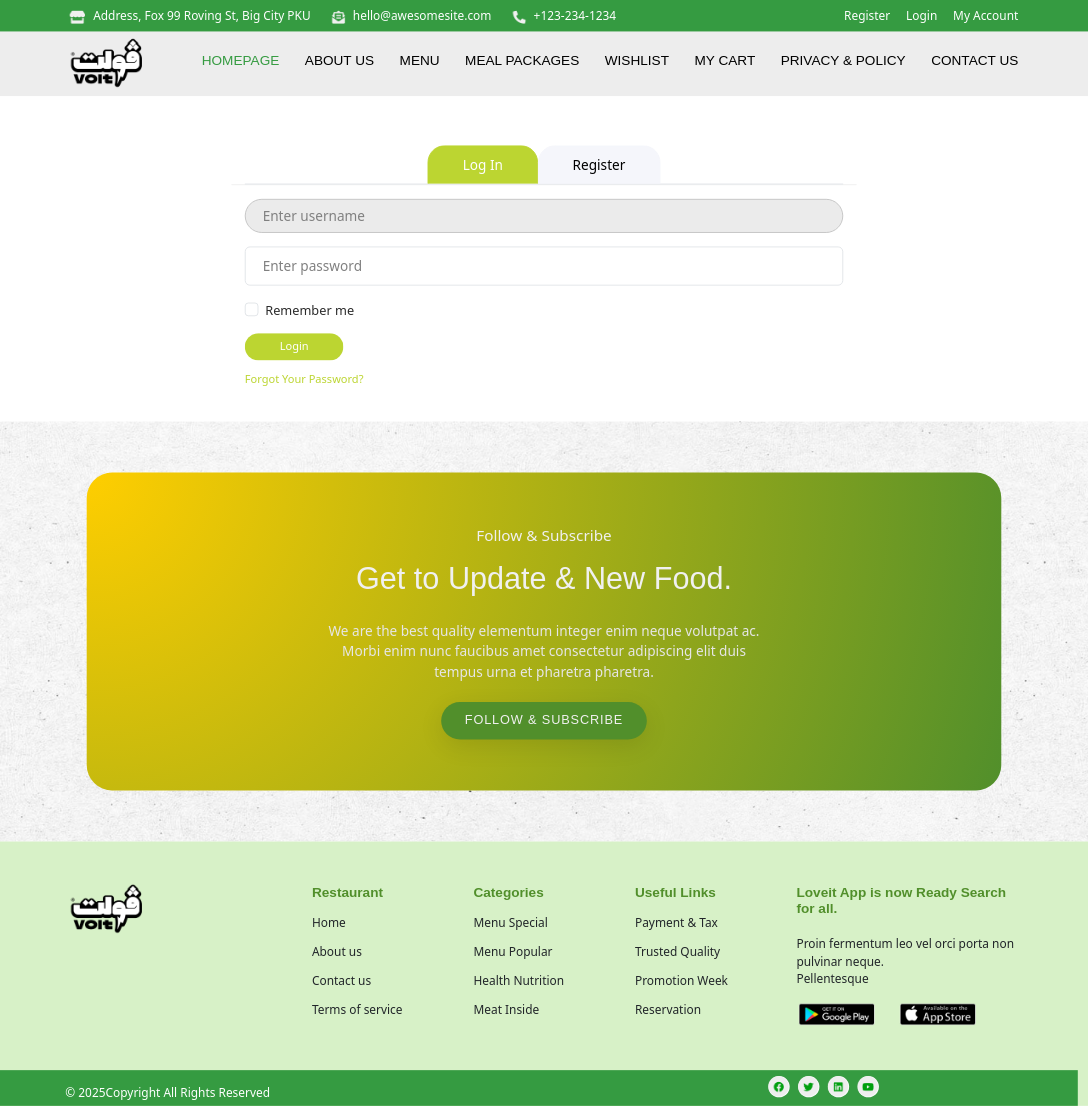
Repository: junivig/volt-new-project
Page: auth.html
The author's editor kept a copy of each file at every save. The page is drawn from the files as they stood at one save, then again after the next save.
The browser window is 1280 px wide. The pictures show the whole page, at 85% of full size.

Above is the page before, as saved 2025-02-07 16:19:51.

### auth.html
<!DOCTYPE html>
<html lang="en">
<head>
    <meta charset="UTF-8">
    <meta name="viewport" content="width=device-width, initial-scale=1.0">
    <title>Login & Signup</title>
 <!-- Favicons -->
 <link href="assets/img/favicon.png" rel="icon">
 <link href="assets/img/apple-touch-icon.png" rel="apple-touch-icon">

 <!-- Fonts -->
 <link href="https://fonts.googleapis.com" rel="preconnect">
 <link href="https://fonts.gstatic.com" rel="preconnect" crossorigin>
 <link href="https://fonts.googleapis.com/css2?family=Roboto:ital,wght@0,100;0,300;0,400;0,500;0,700;0,900;1,100;1,300;1,400;1,500;1,700;1,900&family=Raleway:ital,wght@0,100;0,200;0,300;0,400;0,500;0,600;0,700;0,800;0,900;1,100;1,200;1,300;1,400;1,500;1,600;1,700;1,800;1,900&family=Ubuntu:ital,wght@0,300;0,400;0,500;0,700;1,300;1,400;1,500;1,700&display=swap" rel="stylesheet">

 <!-- Vendor CSS Files -->
 <link href="assets/vendor/bootstrap/css/bootstrap.min.css" rel="stylesheet">
 <link href="assets/vendor/bootstrap-icons/bootstrap-icons.css" rel="stylesheet">
 <link href="assets/vendor/aos/aos.css" rel="stylesheet">
 <link href="assets/vendor/glightbox/css/glightbox.min.css" rel="stylesheet">
 <link href="assets/vendor/swiper/swiper-bundle.min.css" rel="stylesheet">

  <!-- Main CSS File -->
  <link href="assets/css/main.css" rel="stylesheet">
    <link href="https://cdn.jsdelivr.net/npm/bootstrap@5.3.0/dist/css/bootstrap.min.css" rel="stylesheet">
    <style>
        .nav-tabs {
            display: flex;
            justify-content: center;
            border-bottom: 1px solid #dee2e6;
            margin-bottom: 0;
            overflow: hidden;
        }
        .nav-tabs .nav-item {
            margin: 0;
        }
        .nav-tabs .nav-link {
            background-color: #F5F6FB !important;
            color: black !important;
            border-color: #F5F6FB !important;
            padding: 10px 40px;
            border-top-left-radius: 20px;
            border-top-right-radius: 20px;
        }
        .nav-tabs .nav-link.active {
            background-color: #BCD531 !important;
            color: white !important;
            border-color: #BCD531 !important;
        }
        .btn-light-green {
            background-color: #BCD531 !important;
            color: white !important;
            font-size: small;
            padding: 5px 40px;
            border-radius: 40px;
        }
        .forgot-password {
            color: #BCD531;
            font-size: small;
        }
        .card {
            border: none;
            border-top-left-radius: 20px;
            border-top-right-radius: 20px;
        }
        .card-header {
            background-color: transparent;
            padding-bottom: 0;
            padding-top: 10px;
        }
        .form-control {
            padding: 10px 20px;
            color: grey !important;
        }
        .form-control::placeholder {
            color: grey !important;
        }
        .privacy-text {
            color: black;
            font-size: small;
            margin-bottom: 10px;
        }
        .privacy-text a {
            color: #BCD531;
        }
    </style>
</head>
<body >
    <header id="header" class="header ">
        <div class="container-fluid  top-header">
          <div class="container-xl">
              <div class="row align-items-center">
                  <div class="col-md-8 d-flex align-items-center">
                    <nav id="navmenu" class="navmenu">
                      <ul>
                    <li class="">
                      <img src="assets/img/location-icon.png" alt="Location Icon" class="icon-right">
                      <span class="top-header-text">Address, Fox 99 Roving St, Big City PKU</span>
                  </li>
                    <li class="">
                      <img src="assets/img/email-icon.png" alt="Email Icon" class="icon-right">
                      <span class="top-header-text">hello@awesomesite.com</span>
                  </li>
                  <li class="">
                    <img src="assets/img/phone-icon.png" alt="Phone Icon" class="icon-right">
                    <span class="top-header-text">+123-234-1234</span>
                </li>
                      </ul>
                    </nav>
                  </div>
                  <div class="col-md-4 text-end">
                      <a href="auth.html" >Register</a>
                      <a href="auth.html">Login</a>
                      <a href="my-account.html">My Account</a>
                  </div>
              </div>
            </div>
      </div>
        <div class="container-fluid container-xl position-relative d-flex align-items-center">

          <a href="index.html" class="logo d-flex align-items-center me-auto">

            <img src="assets/img/logo.png" alt="Logo Image">
          </a>

          <nav id="navmenu" class="navmenu">
            <ul>
              <li><a href="index.html" class="active">HOMEPAGE</a></li>
              <li><a href="about.html">ABOUT US</a></li>
              <li><a href="menu.html">MENU</a></li>
              <li><a href="meal-packages.html">MEAL PACKAGES</a></li>
              <li><a href="wishlist.html">WISHLIST</a></li>
              <li><a href="cart.html">MY CART</a></li>
              <li><a href="privacy-and-policy.html">PRIVACY & POLICY</a></li>
              <li><a href="contact.html">CONTACT US</a></li>
              <!-- <li class="dropdown"><a href="#"><span>Dropdown</span> <i class="bi bi-chevron-down toggle-dropdown"></i></a>
                <ul>
                  <li><a href="#">Dropdown 1</a></li>
                  <li class="dropdown"><a href="#"><span>Deep Dropdown</span> <i class="bi bi-chevron-down toggle-dropdown"></i></a>
                    <ul>
                      <li><a href="#">Deep Dropdown 1</a></li>
                      <li><a href="#">Deep Dropdown 2</a></li>
                      <li><a href="#">Deep Dropdown 3</a></li>
                      <li><a href="#">Deep Dropdown 4</a></li>
                      <li><a href="#">Deep Dropdown 5</a></li>
                    </ul>
                  </li>
                  <li><a href="#">Dropdown 2</a></li>
                  <li><a href="#">Dropdown 3</a></li>
                  <li><a href="#">Dropdown 4</a></li>
                </ul>
              </li> -->
            </ul>
            <i class="mobile-nav-toggle d-xl-none bi bi-list"></i>
          </nav>

          <!-- <a class="btn-getstarted" href="index.html#about">Get Started</a> -->

        </div>
      </header>

    <div class="container">
        <div class="row justify-content-center mt-5 mb-4">
            <div class="col-md-8">
                <div class="card">
                    <div class="card-header text-center">
                        <ul class="nav nav-tabs" id="authTabs">
                            <li class="nav-item">
                                <a class="nav-link active" id="login-tab" data-bs-toggle="tab" href="#login">Log In</a>
                            </li>
                            <li class="nav-item">
                                <a class="nav-link" id="register-tab" data-bs-toggle="tab" href="#register">Register</a>
                            </li>
                        </ul>
                    </div>
                    <div class="card-body tab-content">
                        <div class="tab-pane fade show active" id="login">
                            <form>
                                <div class="mb-3">
                                    <input type="text" class="form-control" id="login-username" placeholder="Enter username">
                                </div>
                                <div class="mb-3">
                                    <input type="password" class="form-control" id="login-password" placeholder="Enter password">
                                </div>
                                <div class="mb-3 form-check">
                                    <input type="checkbox" class="form-check-input" id="remember-me">
                                    <label class="form-check-label" for="remember-me">Remember me</label>
                                </div>
                                <button type="submit" class="btn btn-light-green">Login</button>
                                <div class="mt-2">
                                    <a href="forgot-password.html" class="forgot-password">Forgot Your Password?</a>
                                </div>
                            </form>
                        </div>
                        <div class="tab-pane fade" id="register">
                            <form>
                                <div class="mb-3">
                                    <input type="text" class="form-control" id="register-username" placeholder="Enter username">
                                </div>
                                <div class="mb-3">
                                    <input type="email" class="form-control" id="register-email" placeholder="Enter email">
                                </div>
                                <div class="mb-3">
                                    <input type="password" class="form-control" id="register-password" placeholder="Enter password">
                                </div>
                                <p class="privacy-text">Your personal data will be used to support your
                                  experience throughout this website, to manage access to your account,
                                  and for other purposes described in our <br/> <a href="#">Privacy Policy</a>.</p>
                                <button type="submit" class="btn btn-light-green">Register</button>
                            </form>
                        </div>
                    </div>
                </div>
            </div>
        </div>
    </div>

       <!-- /Subscribe Footer Section -->
  <!-- Footer will be loaded here -->
  <div id="footer-placeholder"></div>

  <script>
    // Load footer.html into the placeholder div
    fetch("footer.html")
        .then(response => response.text())
        .then(data => {
            document.getElementById("footer-placeholder").innerHTML = data;
        })
        .catch(error => console.error("Error loading footer:", error));
</script>

    <script src="https://cdn.jsdelivr.net/npm/bootstrap@5.3.0/dist/js/bootstrap.bundle.min.js"></script>
</body>
</html>

### footer.html

<!-- Subscribe Footer Section -->
<section class="bg-image">
    <div class="footer-newsletter">
      <div class="container">
        <div class="row justify-content-center text-center">
          <div class="col-lg-6">
            <p class="footer-newsletter-sub-heading">Follow & Subscribe</p>
            <h4 class="footer-newsletter-heading">Get to Update & New Food.</h4>
            <p class="footer-newsletter-text">We are the best quality elementum integer enim neque volutpat ac. Morbi enim nunc
              faucibus amet consectetur adipiscing elit duis tempus urna et pharetra pharetra.</p>
            <div class="mt-4">
              <a href="#about" class="subscribe-button">FOLLOW & SUBSCRIBE</a>
            </div>
          </div>
        </div>
      </div>
    </div>
  </section>


  <footer id="footer" class="footer">
    <div class="container footer-top">
      <div class="row gy-4">
        <div class="col-lg-3 col-md-6 footer-about">
          <a href="index.html" class="logo d-flex align-items-center me-auto">
            <img src="assets/img/logo.png" alt="Logo Image">
          </a>

        </div>

        <div class="col-lg-2 col-md-3 footer-links">
          <h4 class="footer-pages-heading">Restaurant</h4>
          <ul>
            <li> <a href="#">Home</a></li>
            <li> <a href="about.html">About us</a></li>
            <li> <a href="contact.html">Contact us</a></li>
            <li> <a href="privacy-and-policy.html">Terms of service</a></li>
          </ul>
        </div>

        <div class="col-lg-2 col-md-3 footer-links">
          <h4 class="footer-pages-heading">Categories</h4>
          <ul>
            <li> <a href="#">Menu Special</a></li>
            <li> <a href="#">Menu Popular</a></li>
            <li> <a href="#">Health Nutrition</a></li>
            <li> <a href="#">Meat Inside</a></li>
          </ul>
        </div>
        <div class="col-lg-2 col-md-3 footer-links">
          <h4 class="footer-pages-heading">Useful Links</h4>
          <ul>
            <li> <a href="#">Payment & Tax</a></li>
            <li> <a href="#">Trusted Quality</a></li>
            <li> <a href="#">Promotion Week</a></li>
            <li> <a href="#">Reservation</a></li>
          </ul>
        </div>

        <div class="col-lg-3 col-md-12">
          <h4 class="footer-pages-heading">Loveit App is now Ready Search for all.</h4>
          <p>Proin fermentum leo vel orci porta non pulvinar neque. <br> Pellentesque</p>
          <div class="row">
            <div class="col-lg-5 col-md-6 col-sm-12">
              <img src="assets/img/android.png" alt="Google Play Image" class="mobile-app-image">
           </div>
           <div class="col-lg-5 col-md-6 col-sm-12">
            <img src="assets/img/apple.png" alt="Apple Store Image" class="mobile-app-image">
         </div>
        </div>

      </div>
    </div>
    </div>
    <div class="row copyright mt-4">
      <div class="row">
      <div class="col-lg-6 col-md-12 col-sm-12">
        <p class="mt-2">© 2025<span>Copyright All Rights Reserved</span></p>
      </div>
      <div class="col-lg-3 col-md-12 col-md-12">
      </div>
      <div class="col-lg-3 col-md-12 col-md-12 social-media-icons">
        <div class="social-links d-flex text-end">
          <a href=""><img src="assets/img/facebook.png" alt="Logo Image"></a>
          <a href=""><img src="assets/img/twitter.png" alt="Logo Image"></a>
          <a href=""><img src="assets/img/linkedin.png" alt="Logo Image"></i></a>
          <a href=""><img src="assets/img/youtube.png" alt="Logo Image"></i></a>
        </div>
      </div>
      </div>
    </div>
  </footer>

Loaded but not shown: assets/vendor/bootstrap/css/bootstrap.min.css (library); assets/vendor/bootstrap-icons/bootstrap-icons.css (library); assets/vendor/aos/aos.css (library); assets/vendor/glightbox/css/glightbox.min.css (library); assets/vendor/swiper/swiper-bundle.min.css (library); assets/css/main.css (2790 lines, source omitted)

After the next save:
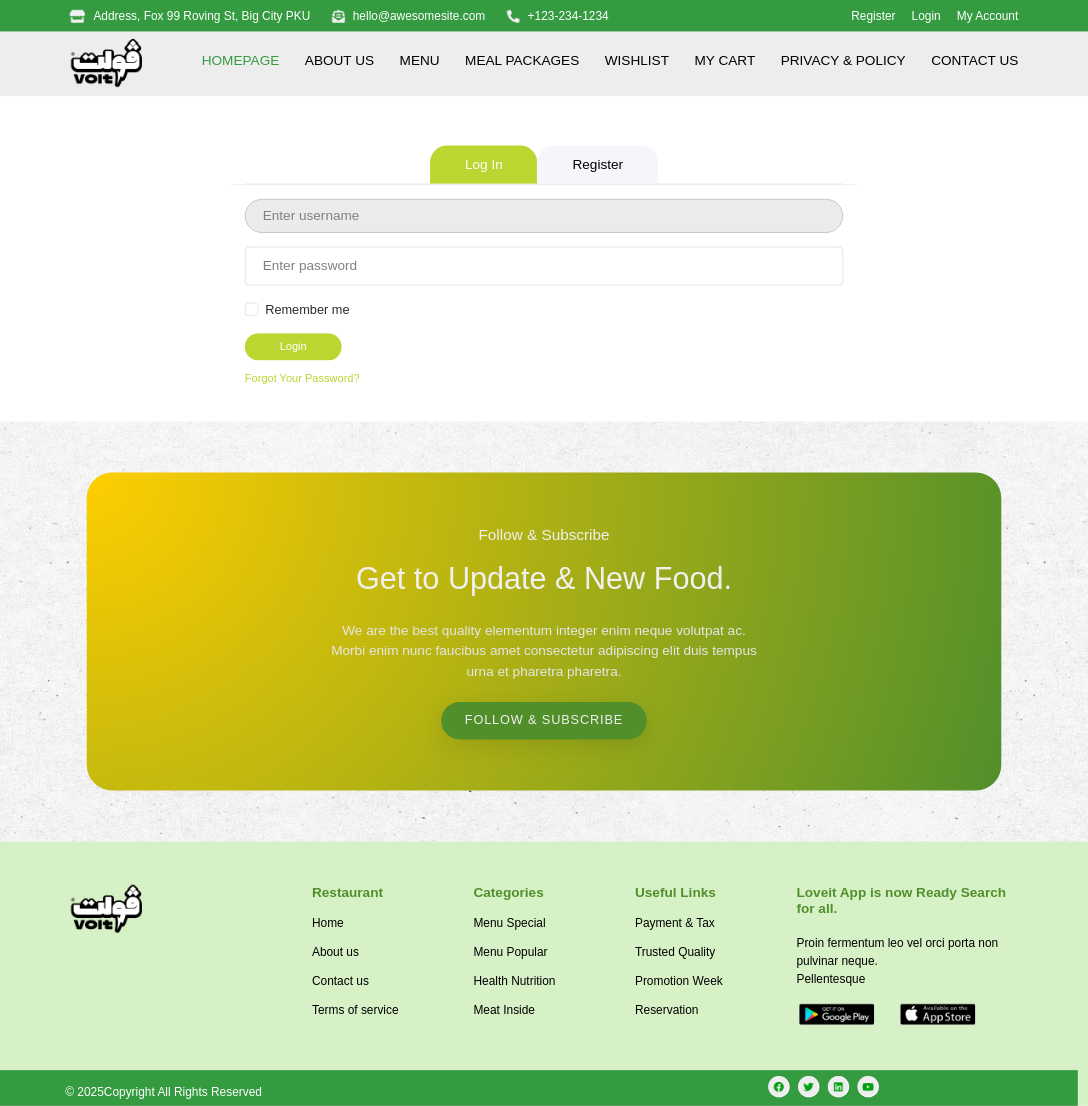
Saved 43 s later.
--- a/auth.html
+++ b/auth.html
@@ -22,7 +22,6 @@
 
   <!-- Main CSS File -->
   <link href="assets/css/main.css" rel="stylesheet">
-    <link href="https://cdn.jsdelivr.net/npm/bootstrap@5.3.0/dist/css/bootstrap.min.css" rel="stylesheet">
     <style>
         .nav-tabs {
             display: flex;
